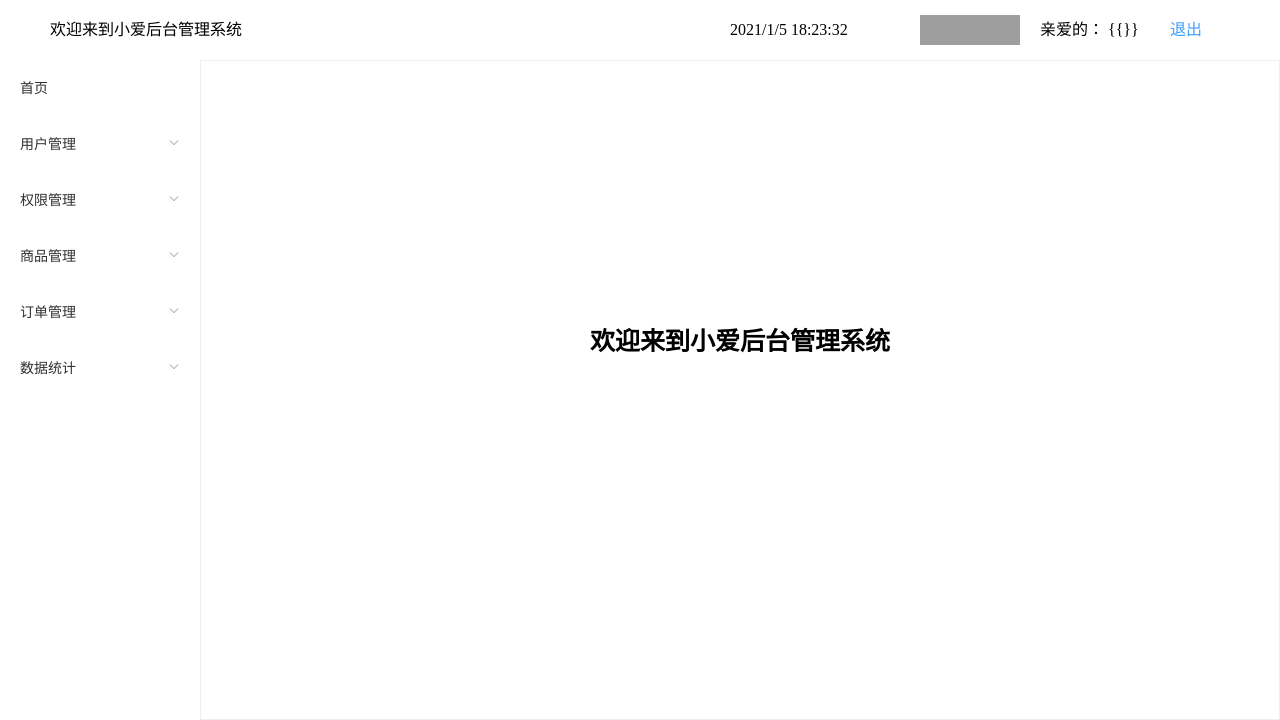
Repository: heyegang/vuex
Page: /
These files come from the project's save history. The page is drawn as it stood at one moment and after the next save; the edit follows.
The browser window is 1280 px wide. The pictures show the whole page.
Pictures or frames that could not be fetched are drawn as grey boxes. The project was rebuilt for these pictures with package versions that can differ from the ones it lists, and the page was loaded fresh each time. Also part of the build but not shown: vue.config.js.

Above is the page before, as saved 2021-01-06 15:44:23.

### src/main.js
import Vue from "vue";
import App from "./App.vue";
import router from "./router";
import store from "./store";
import ElementUI from "element-ui";
import "element-ui/lib/theme-chalk/index.css"

Vue.use(ElementUI)
Vue.config.productionTip = false;

new Vue({
  router,
  store,
  render: h => h(App)
}).$mount("#app");

### src/App.vue
<template>
  <div id="app">
    <router-view />
  </div>
</template>

<style lang="scss">
*{
  margin: 0;
  padding: 0;
}
html,body,#app{
  height: 100%;
}
</style>

### src/router/index.js
import Vue from "vue";
import VueRouter from "vue-router";
import Home from "../views/Home.vue";
import Layout from "../views/layout/Layout.vue";

Vue.use(VueRouter);

const routes = [{
   path:"",
  component:Layout,
  children:[{
    path: "/",
    name: "Home",
    component: Home
  },

  ]},
  {
    path: "/login",
    name: "login",
    component: () => import('../views/login/Login.vue')
  },
];

const router = new VueRouter({
  mode: "history",
  base: process.env.BASE_URL,
  routes
});

export default router;

### src/store/index.js
import Vue from "vue";
import Vuex from "vuex";
import user from "./user"

Vue.use(Vuex);

export default new Vuex.Store({
  state: {
    // 存放数据
  },
  mutations: {
    // 同步修改state
  },
  actions: {},
  modules: {
    // 代表模块
    user
  }
});

### src/views/Home.vue
<template>
  <div class="home">
    <div class="hello">
      欢迎来到小爱后台管理系统
    </div>
  </div>
</template>

<script>
export default {
  name: "",
  props: {},
  data() {
    return {};
  },
  components: {},
  methods: {},
  mounted() {},
  computed: {},
  watch: {}
};
</script>

<style lang='scss' scoped>
.hello {
  width: 300px;
  font-size: 25px;
  font-weight: bold;
  margin: 0 auto;
  position: relative;
  top: 240px;
}
</style>

### src/views/layout/Layout.vue
<template>
  <div>
    <el-container>
      <el-header>
        <nav-header></nav-header>
      </el-header>
      <el-container>
        <el-aside width="200px">
          <nav-sidebar></nav-sidebar>
        </el-aside>
        <el-main>
          <router-view></router-view>
        </el-main>
      </el-container>
    </el-container>
  </div>
</template>

<script>
import NavHeader from "../../components/navheader/NavHeader";
import NavSidebar from "../../components/navsidebar/NavSidebar";
export default {
  name: "",
  props: {},
  data() {
    return {};
  },
  components: {
    NavHeader,
    NavSidebar
  },
  methods: {},
  mounted() {},
  computed: {},
  watch: {}
};
</script>

<style lang='scss' scoped>
.el-header,
.el-footer {
  line-height: 60px;
}

.el-aside {
  position: fixed;
  top: 60px;
  bottom: 0;
  background-color: gray;
}

.el-main {
  position: fixed;
  bottom: 0;
  right: 0;
  top: 60px;
  left: 200px;
  border: 1px solid #eeeeee;
}

body > .el-container {
  margin-bottom: 40px;
}

.el-container:nth-child(5) .el-aside,
.el-container:nth-child(6) .el-aside {
  line-height: 260px;
}

.el-container:nth-child(7) .el-aside {
  line-height: 320px;
}
</style>

### src/store/user.js
import { Message } from "element-ui";
import api from '../http/api';
import router from '../router'

export default {
    namespaced:true,
    // 开启命名空间

    state: {
        // 存放数据
        users:[]
      },
      mutations: {
        // 同步修改state
        setUsers(state,data){
            state.user = data
        }
      },
      actions: {
        //   发请求
        // 所有的方法
        // 登录 每一个action的方法都有两个参数 第一个是store 第二个是请求的参数
        // store可以解构为commit dispatch(提交另外一个action)
        async login(_,params){
            let res = await api.login(params)
            if(res.meta.status === 200){
                // 请求成功 存用户 跳转路由 提示用户
                localStorage.setItem('user', JSON.stringify(res.data))
                localStorage.setItem('token', res.data.token)
                Message.success('登录成功')
                router.push('/')
            } else {
                Message.error(res.meta.msg)
            }
        },
        async getUsers({commit},params){
            let res = await api.getUsers(params)
            if(res.meta.status === 200) {
                commit('setUsers',res.data)
            }else {
                Message.error(res.meta.msg)
            }
        }
      },
}

### src/components/navheader/NavHeader.vue
<template>
  <div class="top">
      <div style="margin-left:30px;">
          欢迎来到小爱后台管理系统
      </div>
      <div class="box">
          {{times}}
      </div>
      <div class="weather">
          <div class="weather"><iframe scrolling="no" src="https://tianqiapi.com/api.php?style=yd&skin=pitaya" frameborder="0" width="100%" height="30" allowtransparency="true"></iframe></div>
    <!--获取天气-->
      </div>
      <div class="hello">
          亲爱的： {{}}
      </div>
      <div class="esc">
          退出
      </div>
  </div>
</template>

<script>
export default {
  name: '',
  props:{},
  data () {
    return {
      times:'',//格式化之后的当前时间
      currentTime: new Date() //当前时间
    }
  },
  components: {},
  methods: {
    getTimes(){
      setInterval(this.getTimesInterval, 1000);
    },
    getTimesInterval:function() {
      let _this = this;
      let year = new Date().getFullYear(); //获取当前时间的年份
      let month = new Date().getMonth() + 1; //获取当前时间的月份
      let day = new Date().getDate(); //获取当前时间的天数
      let hours = new Date().getHours(); //获取当前时间的小时
      let minutes = new Date().getMinutes(); //获取当前时间的分数
      let seconds = new Date().getSeconds(); //获取当前时间的秒数
      let hello = "";
      //当小于 10 的是时候，在前面加 0
      if (hours < 10) {
        hours = "0" + hours;
      }
      if (minutes < 10) {
        minutes = "0" + minutes;
      }
      if (seconds < 10) {
        seconds = "0" + seconds;
      }
      //一天中的时间
      if (hours > 6 && hours <13){
          hello = "上午";
      }
      if (hours > 13 && hours <18){
          hello = "下午";
      }
      if (hours > 18 && hours <24){
          hello = "晚上";
      }
      if (hours >0 && hours < 6){
          hello = "凌晨";
      }
      //拼接格式化当前时间
      _this.times = year + "/" + month + "/" + day + " " +hello+ hours + ":" + minutes + ":" + seconds;
    },
  },
  mounted() {
    this.getTimes()
  },
  computed: {},
  watch: {},
}
</script>

<style lang='scss' scoped>
.top{
    display: flex;
    position: relative;
    line-height: 60px;
}
.box{
    width: 180px;
    position: absolute;
    right: 350px;
    color: black;
}
.weather{
    width: 100px;
    position: absolute;
    right: 120px;
    top: 5px;
}
.hello{
    width: 100px;
    position: absolute;
    right: 120px;
}
.esc{
    width: 60px;
    position: absolute;
    right: 30px;
    color: #409EFF;
}
</style>

### src/components/navsidebar/NavSidebar.vue
<template>
  <div>
    <el-row class="tac" style="width: 200px;">
      <el-col :span="12">
        <el-menu
          default-active="2"
          class="el-menu-vertical-demo"
          @open="handleOpen"
          @close="handleClose"
        >
          <el-menu-item index="1">
            <span slot="title">首页</span>
          </el-menu-item>
          <el-submenu index="2">
            <template slot="title">
              <span>用户管理</span>
            </template>
            <el-menu-item-group>
              <el-menu-item index="2-1">用户列表</el-menu-item>
            </el-menu-item-group>
          </el-submenu>

          <el-submenu index="3">
            <template slot="title">
              <span>权限管理</span>
            </template>
            <el-menu-item-group>
              <el-menu-item index="3-1">角色列表</el-menu-item>
              <el-menu-item index="3-2">权限列表</el-menu-item>
            </el-menu-item-group>
          </el-submenu>

          <el-submenu index="4">
            <template slot="title">
              <span>商品管理</span>
            </template>
            <el-menu-item-group>
              <el-menu-item index="4-1">商品列表</el-menu-item>
              <el-menu-item index="4-2">分类参数</el-menu-item>
              <el-menu-item index="4-3">商品分类</el-menu-item>
            </el-menu-item-group>
          </el-submenu>

          <el-submenu index="5">
            <template slot="title">
              <span>订单管理</span>
            </template>
            <el-menu-item-group>
              <el-menu-item index="5-1">订单列表</el-menu-item>
            </el-menu-item-group>
          </el-submenu>

          <el-submenu index="6">
            <template slot="title">
              <span>数据统计</span>
            </template>
            <el-menu-item-group>
              <el-menu-item index="6-1">数据报表</el-menu-item>
            </el-menu-item-group>
          </el-submenu>
        </el-menu>
      </el-col>
    </el-row>
  </div>
</template>

<script>
export default {
  name: "",
  props: {},
  data() {
    return {};
  },
  components: {},
  methods: {
    handleOpen(key, keyPath) {
      console.log(key, keyPath);
    },
    handleClose(key, keyPath) {
      console.log(key, keyPath);
    }
  },
  mounted() {},
  computed: {},
  watch: {}
};
</script>

<style lang='scss' scoped>
// .tac{
//     width: 200px;
// }
.el-menu-vertical-demo {
  width: 200px;
  position: fixed;
  left: 0;
  bottom: 0;
  top: 60px;
}
</style>

### src/http/api.js
import http from './index'

export default{
     login({username,password}){
        return http.post('/login',{
            username,
            password
        })
     },
     getUsers({pagenum,pagesize,query}){
         if(query){
             return http.get(`/users?pagenum=${pagenum}&pagesize=${pagesize}&query=${query}`)
         } else {
             return http.get(`/users?pagenum=${pagenum}&pagesize=${pagesize}`)
         }

     },
}

### src/http/index.js
import axios from 'axios'
import nprogress from 'nprogress'
import 'nprogress/nprogress.css'
import {Message} from 'element-ui'

// 需要区分当前环境是开发环境(development)还是生产环境(production)
let isPro = process.env.NODE_ENV === 'productin'

const http = axios.create({
    baseURL: isPro ? '线上接口路径':'/api',
    timeout:10000
})

// 请求拦截
http.interceptors.request.use(config =>{
    nprogress.start()
    // 配置token token是鉴权的一种方式
    // 在登陆成功后 会返回当前用户的token 存在本地
    // 可用（百度：js加密插件）加密插件加密token
    let token = localStorage.getItem('token')
    // 账号密码和token分开存
    if(token){
        config.headers.Authorization = token
    }
    return config
},err =>{
    nprogress.done()
    return Promise.reject(err)
})

// 响应拦截
http.interceptors.response.use(res => {
    nprogress.done()
    return res.data
},err => {

    // 请求失败
    let status = err.response && err.response.status
    // 状态码
    if (status === 400) {
        Message.error('参数错误')
    }
    if (status === 401) {
        Message.error('没有权限')
    }
    if (status === 403) {
        Message.error('登录过期')
    }
    if (status === 404) {
        Message.error('路径错误')
    }
    if (status === 500) {
        Message.error('服务器错误')
    }
    if (status === 403) {
        Message.error('服务器在维护')
    }
    return Promise.reject(err)
})


export default http

### src/components/navlabel/NavLabel.vue
<template>
  <div>
    123
  </div>
</template>

<script>
export default {
  name: '',
  props:{},
  data () {
    return {
    }
  },
  components: {},
  methods: {},
  mounted() {},
  computed: {},
  watch: {}
}
</script>

<style lang='scss' scoped>

</style>

Loaded but not shown: public/index.html (common file)

After the next save:
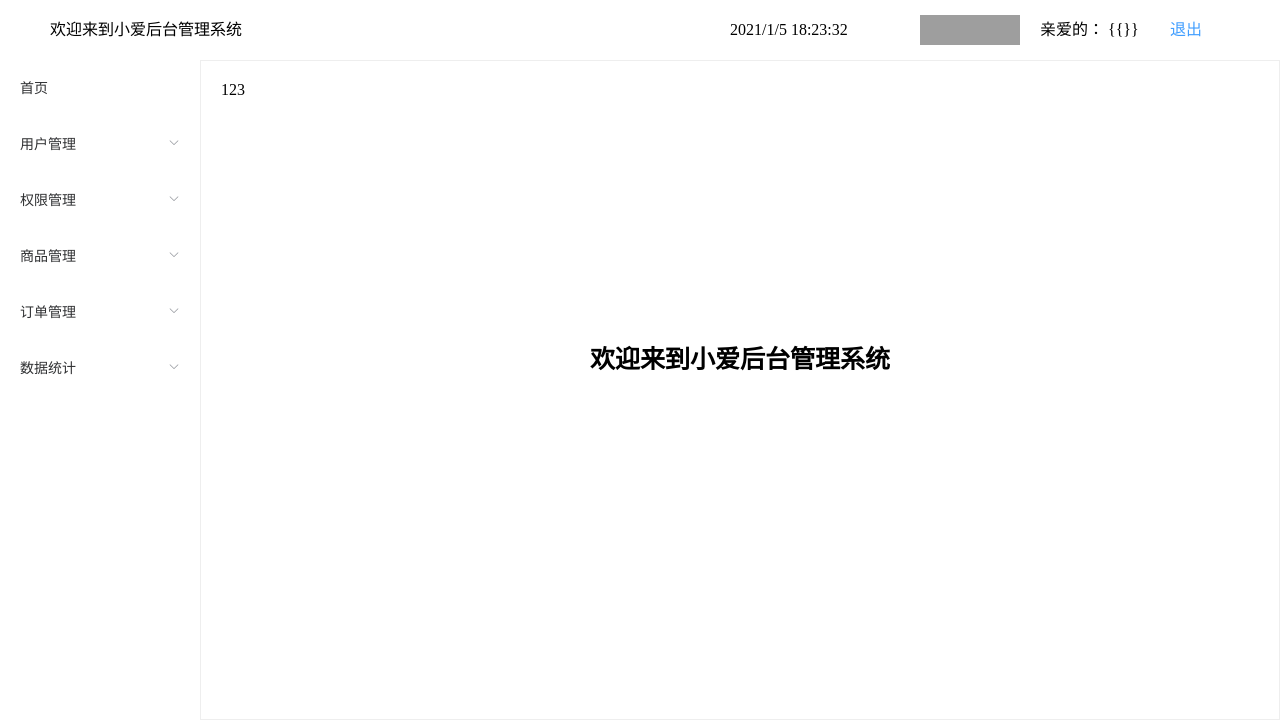
Saved 84 s later.
--- a/src/views/layout/Layout.vue
+++ b/src/views/layout/Layout.vue
@@ -9,6 +9,7 @@
           <nav-sidebar></nav-sidebar>
         </el-aside>
         <el-main>
+          <nav-label></nav-label>
           <router-view></router-view>
         </el-main>
       </el-container>
@@ -19,6 +20,7 @@
 <script>
 import NavHeader from "../../components/navheader/NavHeader";
 import NavSidebar from "../../components/navsidebar/NavSidebar";
+import NavLabel from "../../components/navlabel/NavLabel"
 export default {
   name: "",
   props: {},
@@ -27,7 +29,8 @@ export default {
   },
   components: {
     NavHeader,
-    NavSidebar
+    NavSidebar,
+    NavLabel,
   },
   methods: {},
   mounted() {},
